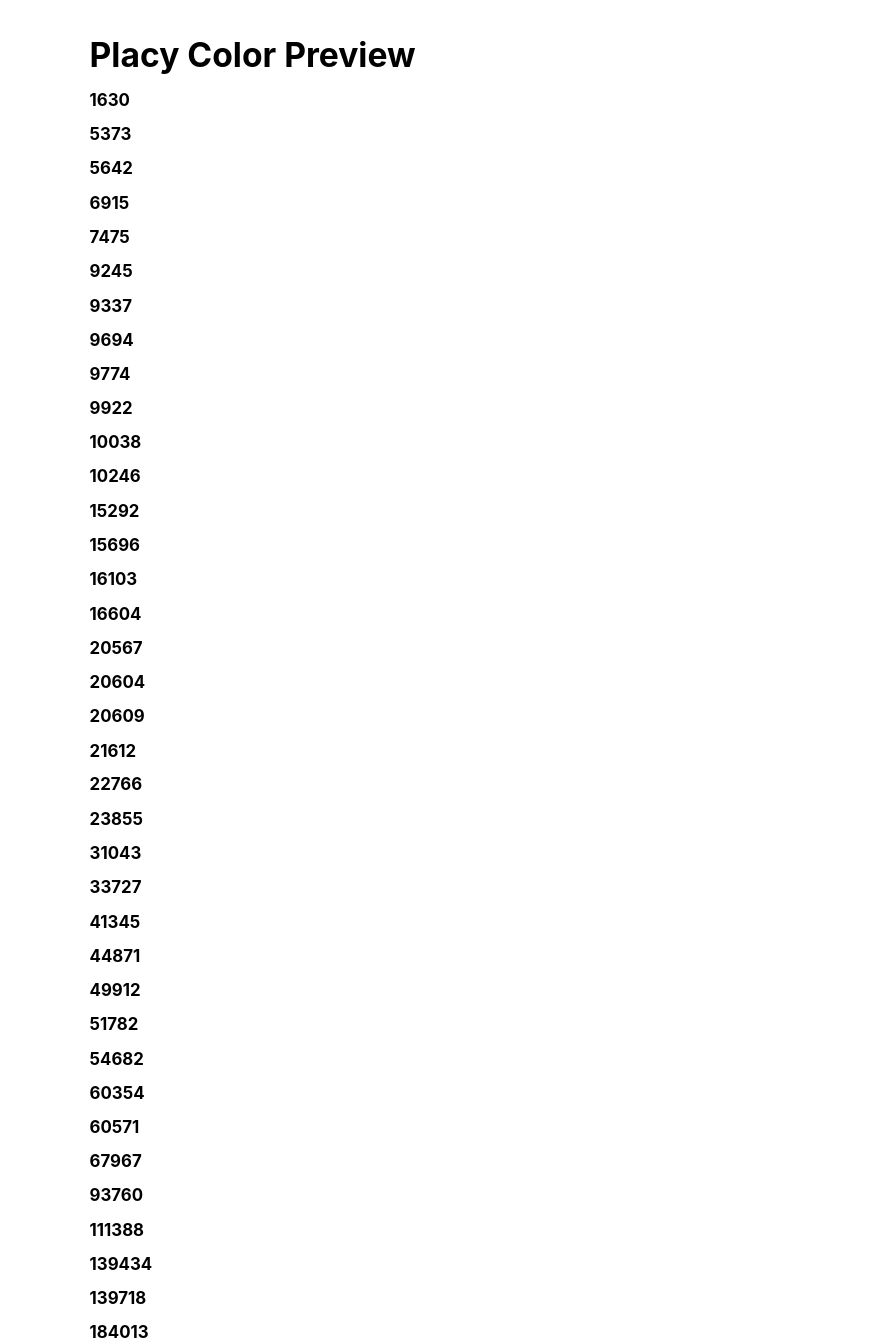
Repository: hideodaikoku/color-viewer
Page: /
The author's editor kept a copy of each file at every save. The page is drawn from the files as they stood at one save, then again after the next save.
The browser window is 1280 px wide. The pictures show the part of the page from y = 0 to 1920 px (the page is 4285 px tall before and 4333 px after), at 70% of full size.
The project was rebuilt for these pictures with package versions that can differ from the ones it lists, and the page was loaded fresh each time. Also part of the build but not shown: src/styles/card.module.css.

Above is the page before, as saved 2021-07-06 02:25:17.

### src/index.js
import React from 'react';
import ReactDOM from 'react-dom';
import './styles/index.css';
import Main from './components/Main';

ReactDOM.render(
  <React.StrictMode>
    <Main />
  </React.StrictMode>,
  document.getElementById('root')
);

### src/components/Main.js
import React from 'react';
import Card from './Card';
import mainStyles from '../styles/main.module.css';
import data from '../data/data.json'

const Main = () => {
    return (
        <div className={mainStyles.container}>
            <div className={mainStyles.top}>
                <h1 className={mainStyles.header}>
                    Placy Color Preview
                </h1>
                {
                    data.map((place)=>
                        <Card key={place.id} place={place}/>
                    )
                }
            </div>
        </div>
    )
}

export default Main;

### src/components/Card.js
import React from 'react';
import cardStyles from '../styles/card.module.css';

const Card = (props) => {

    return (
        <div className={cardStyles.container}>
            <div className={cardStyles.top}>
                <h2 className={cardStyles.header}>
                    {props.place.place_id}
                </h2>
            </div>
        </div>
    )
}

export default Card;

### src/styles/main.module.css
.container{
    display: flex;
    margin: 0 auto;
    max-width: 80%;
}

.header{
    height: 2rem;
    padding: 1rem 0;
}

.header{
    font-size: 3rem;
}

Loaded but not shown: public/index.html (common file); src/styles/index.css (common file); src/data/data.json (2722 lines, source omitted)

After the next save:
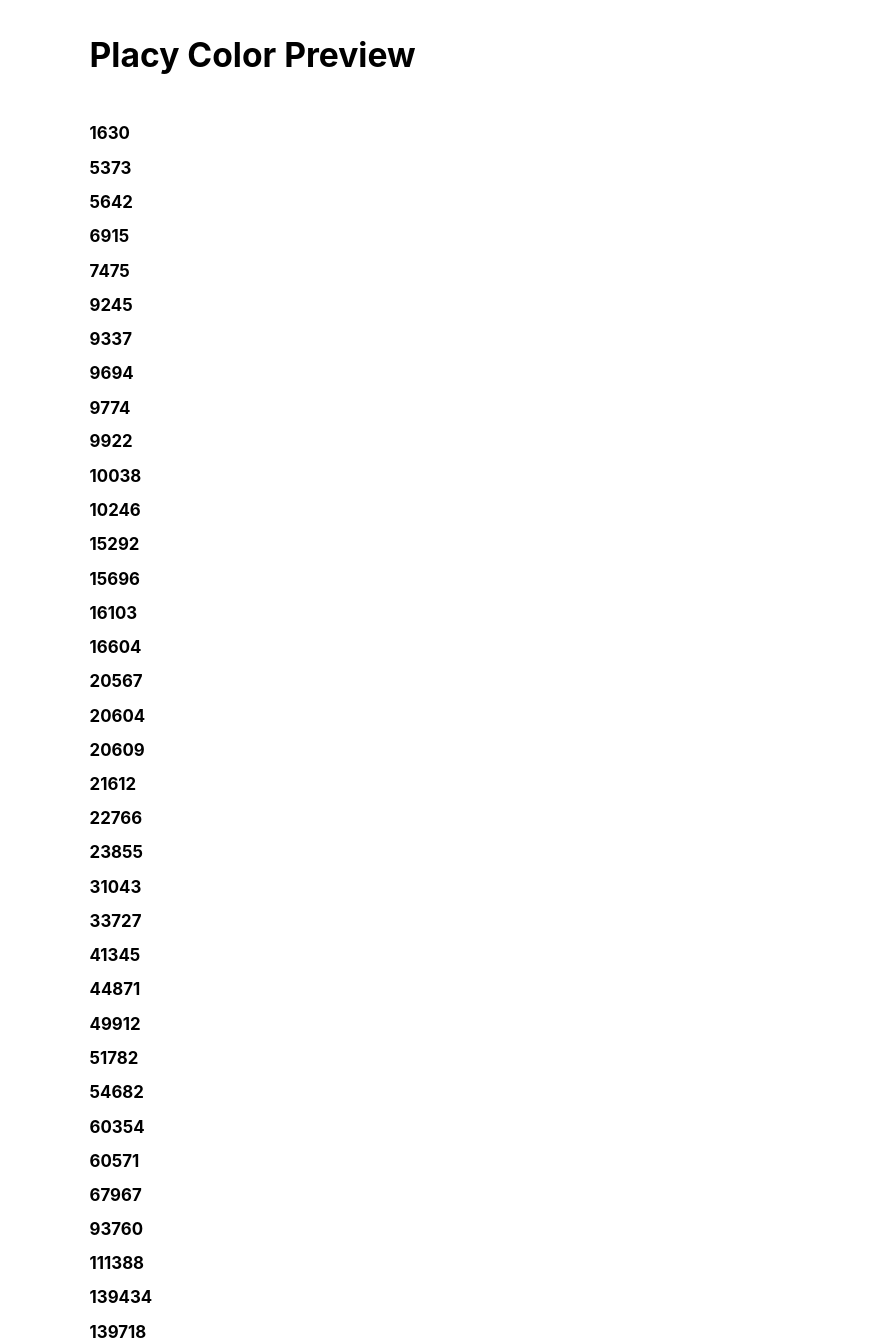
Saved 4 s later.
--- a/src/styles/main.module.css
+++ b/src/styles/main.module.css
@@ -5,7 +5,7 @@
 }
 
 .header{
-    height: 2rem;
+    height: 5rem;
     padding: 1rem 0;
 }
 
